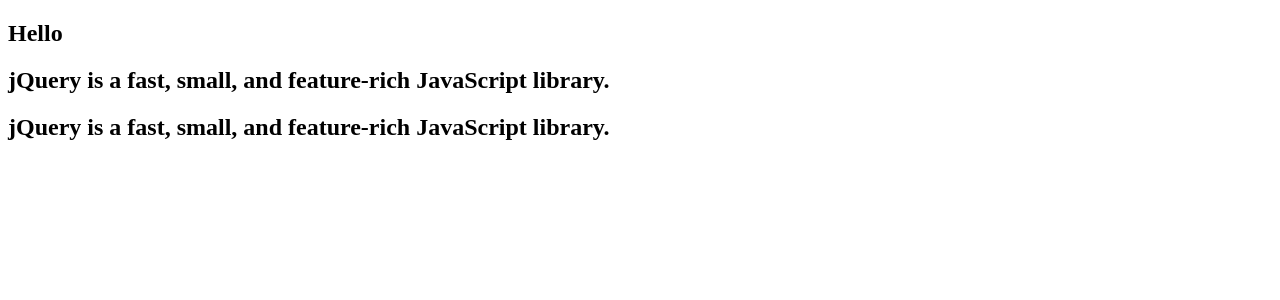
Repository: Migorithm/front_work
Page: front05_JQuery/src/main/webapp/3_event/jq04_bind.html
An editor plug-in stored every save of this project. The page is shown before and after the next save, followed by the edit.
The browser window is 1280 px wide. The pictures show the whole page.
After loading, the first visible `h2` was clicked once.

Above is the page before, as saved 2021-09-03 06:35:44.

After the next save:
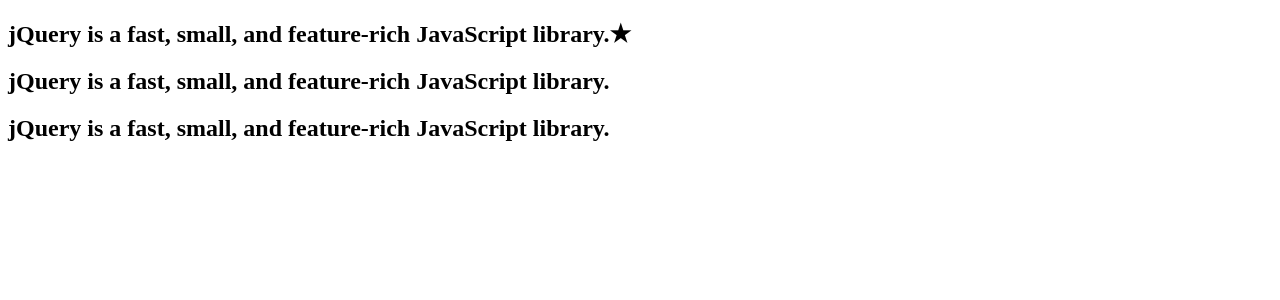
Saved 39 s later.
--- a/front05_JQuery/src/main/webapp/3_event/jq04_bind.html
+++ b/front05_JQuery/src/main/webapp/3_event/jq04_bind.html
@@ -11,7 +11,8 @@
 	$(function(){
 		$('h2').bind('click',function(){ //클릭이벤트를 묶었다.
 			//클릭이벤트가 적용되는 h2자기 자신을 참조하기 위해 $(this)
-			$(this).html("Hello");
+			/* $(this).html("Hello");  클릭시 hello로 변환*/
+			$(this).append('★')
 		})
 
 		});
